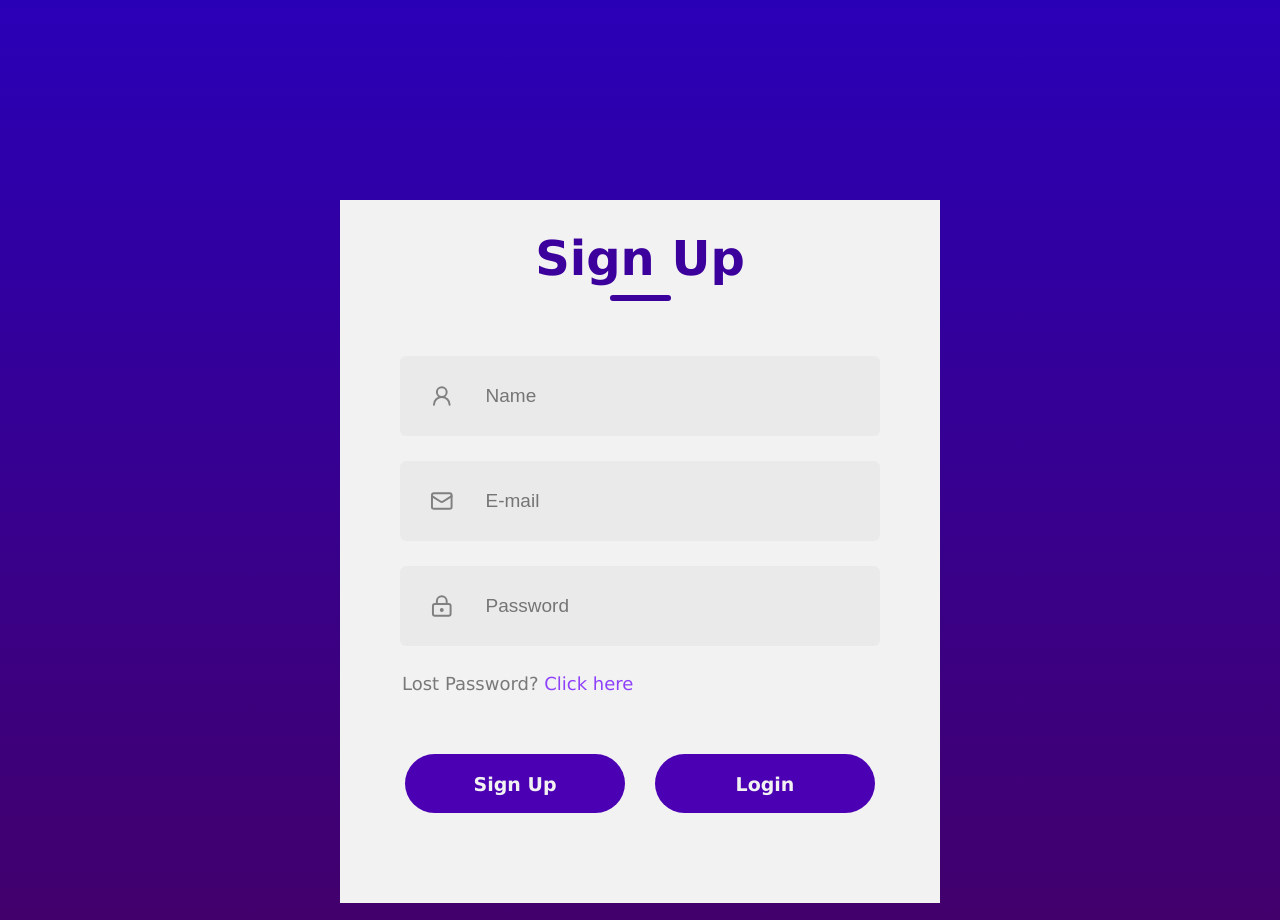
Repository: guilhermecardoso93/login-page
Page: /
These files come from the project's save history. The page is drawn as it stood at one moment and after the next save; the edit follows.
The browser window is 1280 px wide. The pictures show the whole page.
The project was rebuilt for these pictures with package versions that can differ from the ones it lists, and the page was loaded fresh each time. Also part of the build but not shown: vite.config.js.

Above is the page before, as saved 2024-10-22 19:36:11.

### index.html
<!doctype html>
<html lang="en">
  <head>
    <meta charset="UTF-8" />
    <link rel="icon" type="image/svg+xml" href="" />
    <meta name="viewport" content="width=device-width, initial-scale=1.0" />
    <title>Login | SignUp</title>
  </head>
  <body>
    <div id="root"></div>
    <script type="module" src="/src/main.jsx"></script>
  </body>
</html>

### src/App.jsx
import { Login } from "./components/Login/Login";

export default function App() {
  return (
    <>
      <Login />
    </>
  );
}

### src/index.css
body {
  margin: 0;
  font-family: 'Lucida Sans', 'Lucida Sans Regular', 'Lucida Grande', 'Lucida Sans Unicode', Geneva, Verdana, sans-serif;
  -webkit-font-smoothing: antialiased;
  -moz-osx-font-smoothing: grayscale;
  height: 100vh;
  background: linear-gradient(#2A00B7, #42006c);
}

code {
  font-family: source-code-pro, Menlo, Monaco, Consolas, "Courier New", monospace;
}

### src/components/Login/Login.jsx
import { UserRound, Mail, LockKeyhole } from "lucide-react";
import "./Login.css";

export const Login = () => {
  return (
    <div className="container">
      <header>
        <span>Sign Up</span>
        <div className="underline"></div>
      </header>{" "}
      <div className="inputs">
        <div className="input">
          <UserRound color="gray" size={24} className="icon" />
          <input type="text" placeholder="Name"/>
        </div>

        <div className="input">
          <Mail color="gray" size={24} className="icon" />
          <input type="email" placeholder="E-mail" />
        </div>

        <div className="input">
          <LockKeyhole color="gray" size={24} className="icon" />
          <input type="password" placeholder="Password" />
        </div>
      </div>
      <div className="forgot-password">
        Lost Password? <span>Click here</span>
      </div>
      <div className="submit-container">
        <div className="submit">Sign Up</div>
        <div className="login">Login</div>
      </div>
    </div>
  );
};

### src/components/Login/Login.css
.container {
  display: flex;
  flex-direction: column;
  margin: auto;
  margin-top: 200px;
  width: 600px;
  padding-bottom: 30px;
  background: #f2f2f2;
}

header {
  display: flex;
  flex-direction: column;
  align-items: center;
  gap: 9px;
  width: 100%;
  margin-top: 30px;
}

header span {
  color: #3c009d;
  font-size: 48px;
  font-weight: 700;
}

.underline {
  width: 61px;
  height: 6px;
  background-color: #3c009d;
  border-radius: 9px;
}

.inputs {
  margin-top: 55px;
  display: flex;
  flex-direction: column;
  gap: 25px;
}

.input {
  display: flex;
  align-items: center;
  justify-content: center;
  margin: auto;
  width: 480px;
  height: 80px;
  background-color: #eaeaea;
  border-radius: 6px;
}

.input .icon {
  margin: 0px 30px;
}

.input input {
  height: 50px;
  width: 400px;
  background: transparent;
  border: none;
  outline: none;
  color: #797979;
  font-size: 19px;
}

.forgot-password {
  padding-left: 62px;
  margin-top: 27px;
  color: #797979;
  font-size: 18px;
}

.forgot-password span {
  color: #8e41fa;
  cursor: pointer;
}

.forgot-password span:hover {
  color: #3c009d;
}

.submit-container {
  display: flex;
  gap: 30px;
  margin: 60px auto;
}

.submit, .login {
  display: flex;
  justify-content: center;
  align-items: center;
  width: 220px;
  height: 59px;
  color: #f2f2f2;
  background-color: #4c00b4;
  border-radius: 50px;
  font-size: 19px;
  font-weight: 700;
  cursor: pointer;
}

.submit:hover, .login:hover {
  background-color: #8e41fa;
}

Loaded but not shown: src/main.jsx (common file)

After the next save:
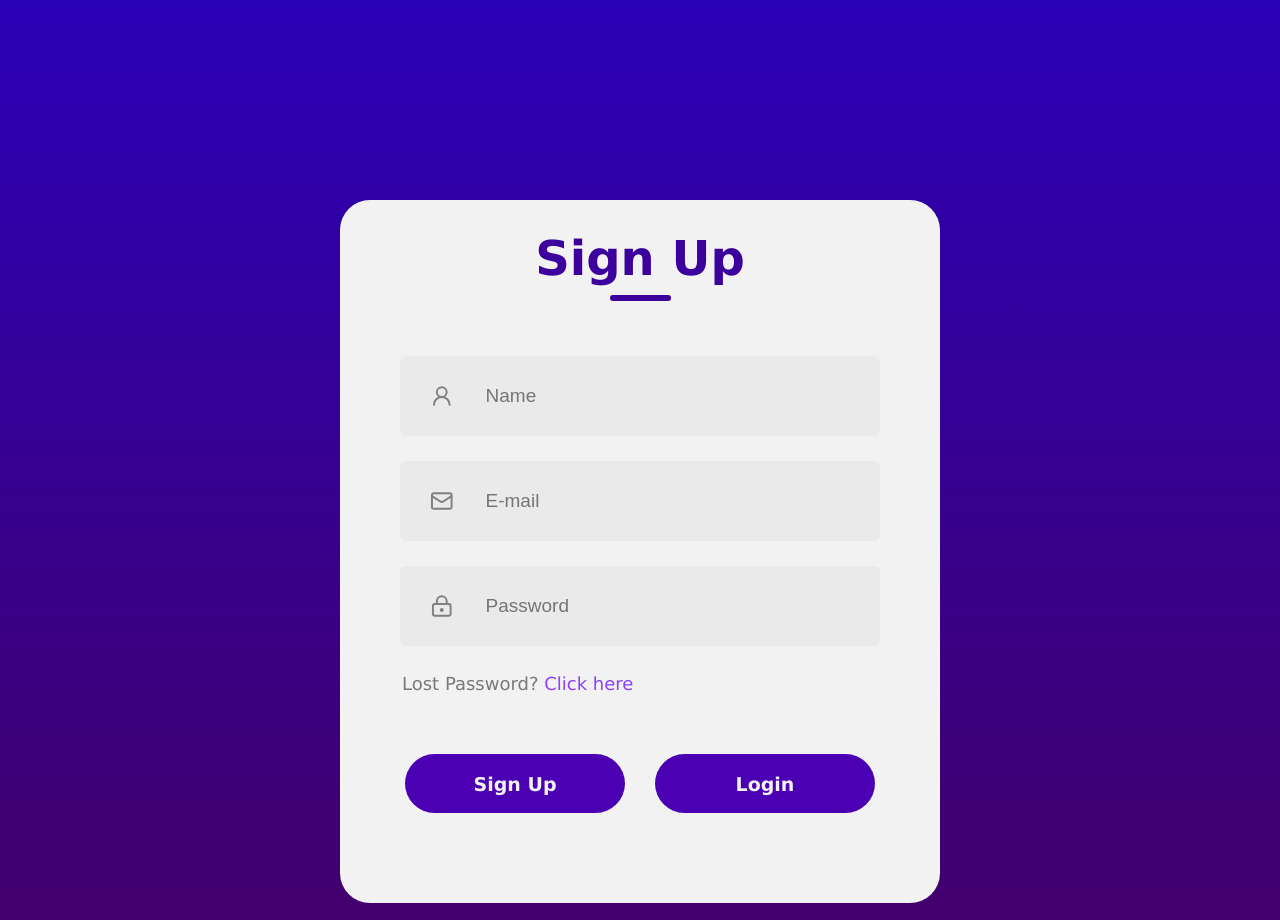
Saved 30 s later.
--- a/src/components/Login/Login.css
+++ b/src/components/Login/Login.css
@@ -5,6 +5,7 @@
   margin-top: 200px;
   width: 600px;
   padding-bottom: 30px;
+  border-radius: 30px;
   background: #f2f2f2;
 }
 
